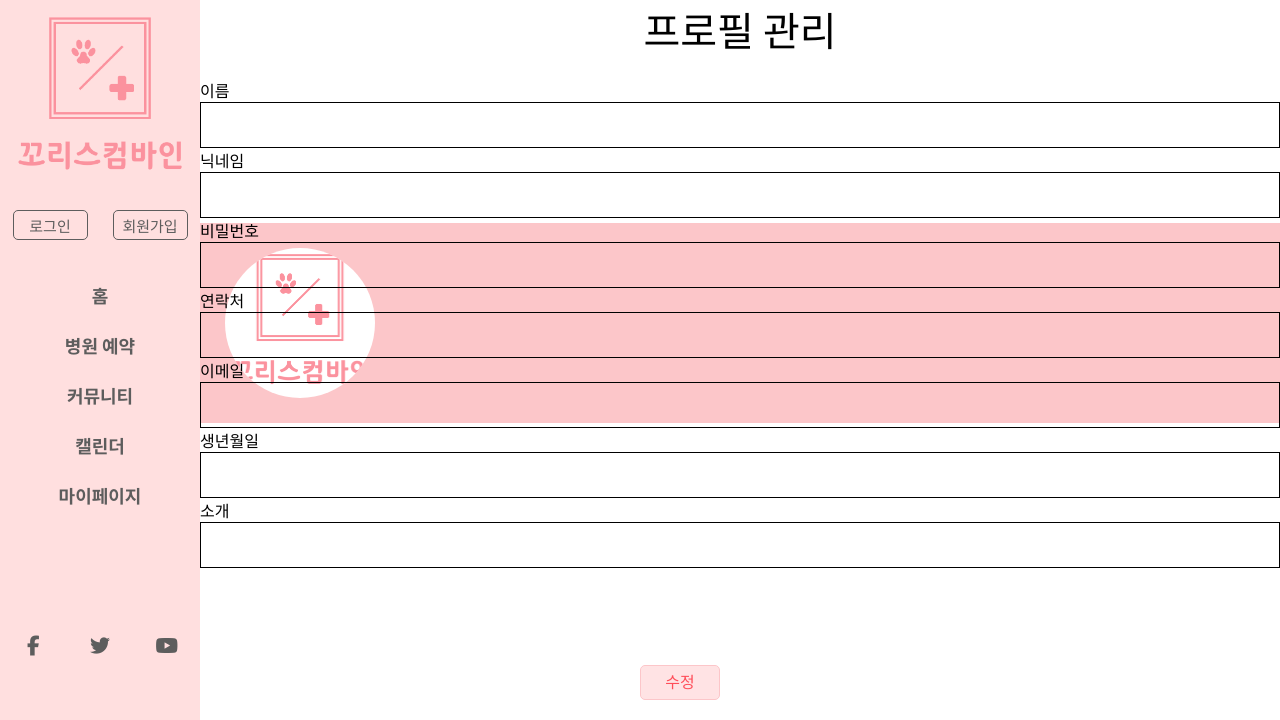
Repository: dodnam/kkoris
Page: http://localhost/1_kkoris/reservation2.jsp
An editor plug-in stored every save of this project. The page is shown before and after the next save, followed by the edit.
The browser window is 1280 px wide. The pictures show the whole page.
Some web libraries are served in a nearby version. The page is served by Tomcat 9.

Above is the page before, as saved 2020-02-17 15:15:47.

### 1_kkoris/WebContent/reservation2.jsp
<%@ page language="java" contentType="text/html; charset=UTF-8"
    pageEncoding="UTF-8"%>
<!DOCTYPE html>
<html>
<head>
<meta charset="UTF-8">
<title>Insert title here</title>
<link rel="stylesheet" type="text/css" href="<%= request.getContextPath() %>/css/index.css"/>
<link rel="stylesheet" type="text/css" href="<%= request.getContextPath() %>/css/layout.css"/>
<style>
	.box_con{padding:25px; height:200px; background-color:#fcc6c9; position:absolute; right:0;left:0;top:0;bottom:0; margin:auto;}
	.box{width: 150px; height:150px; border-radius:70%; overflow:hidden; background-color:#fff;top:20px;text-align:center;}
	.profile{width: 100%; height:100%; object-fit:cover; display:block; margin:0px auto;}
	.userTitle{font-size:40px; text-align:center; top:30px;}
	.submit{line-height: 30px; text-align: center; background-color: #ffe3e4; color:#ff4e59;border: 1px solid #fcc6c9; border-radius: 5px; width: 80px; height: 35px;  position: fixed;left:50%;bottom:20px; outline:none;}

</style>
</head>
<body>
	<%@ include file="views/layout.jsp" %>
	<div class="container">
    	<div class="userTitle">
			프로필 관리
    	</div>

    	<div class="input-container">
    		<div class="box_con">
	    		<div class="box">
	    			<img class="profile" src="<%= request.getContextPath() %>/images/logo.png">
	    		</div>
    		</div>

				<div class="input-box">
					<p class="input-label">이름</p><input type="text">
	    			<p class="input-label">닉네임</p><input type="text">
	    			<p class="input-label">비밀번호</p><input type="password">
	    			<p class="input-label">연락처</p><input type="text">
	    			<p class="input-label">이메일</p><input type="email">
	    			<p class="input-label">생년월일</p><input type="text">
	    			<p class="input-label">소개</p><input type="text">
	    		</div>
    	</div>

    	<div class="">
    		<div class="submit">수정</div>
    	</div>
	</div>
</body>
</html>

### 1_kkoris/WebContent/views/layout.jsp
<%@ page language="java" contentType="text/html; charset=UTF-8"
    pageEncoding="UTF-8"%>
<!DOCTYPE html>
<html>
<head>
<meta charset="UTF-8">
<title>Insert title here</title>
<link href="https://fonts.googleapis.com/css?family=Noto+Sans+KR&display=swap" rel="stylesheet">
<script src="https://kit.fontawesome.com/18fd811fa1.js" crossorigin="anonymous"></script> <!-- sns아이콘 -->
<link rel="stylesheet" type="text/css" href="<%= request.getContextPath() %>/css/layout.css"/> <!-- 작성할 css를 연결 -->
</head>
<body>
	<header><!-- 헤더 -->
		<h1 class="logo"></h1>
		<nav>
      		<div class="login">
	        	<div><a href="#">로그인</a></div>
	        	<div><a href="#">회원가입</a></div>
	      	</div>
	      	<ul id="navigator">
	        	<li id="nav-home">
	         		<a href="#"><span>홈</span></a>
	         	</li>
	         	<li id="nav-hospital">
	         		<span>병원 예약</span>
         			<ul class="nav2-hospital" id="nav2-hospital">
         				<li><a href="#">병원 검색</a></li>
	         			<li><a href="#">예약 확인</a></li>
	         			<li><a href="#">병원 후기</a></li>
         			</ul>
	         	</li>
	         	<li id="nav-community">
	         		<span>커뮤니티</span>
         			<ul class="nav2-community" id="nav2-community">
	         			<li><a href="#">공지사항</a></li>
	         			<li><a href="#">후기 모아보기</a></li>
	         			<li><a href="#">지식 공유</a></li>
         			</ul>
	         	</li>
	         	<li id="nav-calendar">
	         		<a href="#"><span>캘린더</span></a>
	         	</li>
	         	<li id="nav-mypage">
	         		<span>마이페이지</span>
	         		<ul class="nav2-mypage" id="nav2-mypage">
		         		<li><a href="#">내 정보</a></li>
		         		<li><a href="#">예약 조회</a></li>
		         		<li><a href="#">포인트샵</a></li>
		         		<li><a href="#">내가 쓴 글 조회</a></li>
	         		</ul>
	         	</li>
	      	</ul>
		<dl>
	    	<dt class="blind">sns</dt>
	        <dd><a href="#"><i class="fab fa-facebook-f"></i></a></dd>
	        <dd><a href="#"><i class="fab fa-twitter"></i></a></dd>
	        <dd><a href="#"><i class="fab fa-youtube"></i></a></dd>
		</dl>
		</nav>
	</header>
	<footer></footer>
</body>
</html>

### 1_kkoris/WebContent/css/index.css
@charset "UTF-8";
/* 컨테이너 */
div.container{position: absolute; top:0; left:0; padding-left:200px; height:100%; width:100%; box-sizing:border-box;}
/* 섹션이 현재 1개이기 때문에 100% 2개면 200%, 3개면 300% */
/* 참고	section:nth-of-type(1) {section 중 첫번째 section에 접근} */
section.main {position:relative; height:100%; width:100%; background: url(../images/main-bg.jpg) no-repeat center center; background-size: contain;}
section.main > article.quickMenu > ul {position: absolute; top:calc(50% - 50px); left:calc(50% - 25%); width: 50%; height: 100px; display: flex;}
section.main > article.quickMenu {position: relative; width: 100%; height: 100%; background: rgba(0, 0, 0, 0.2);}
section.main > article.quickMenu > ul > li {width: 25%; height:100px;}
section.main > article.quickMenu > ul > li > a {color: #5d5d5d; display:block; font-size: 5em; text-align:center;}
section.main > article.quickMenu > ul > li > a > span {display: block; font-size: 15px;}
section.main > article.quickMenu > ul > li > a:hover {color: #fb929e;}

### 1_kkoris/WebContent/css/layout.css
@charset "UTF-8";
* {margin: 0; padding: 0; font-family: 'Noto Sans KR', sans-serif;}
*, *:before, *:after {box-sizing: border-box;}
html, body {width: 100%; height: 100%;}
table{border-collapse: collapse;}
img,fieldset{border: none;}
ol,ul{list-style: none;}
h1,h2,h3,h4,h5,h6{font-weight: normal; font-size: 100%;}
q:after,q:before{content: "";}
abbr,acronym{border:none;} /* 축약어 */
img,input,select{vertical-align: middle;}
hr{display: none;}
a {text-decoration: none; color: #000;}
header {position: fixed; width: 200px; height: 100%; background: #ffdfdf; z-index: 30;}
input{outline: none; background: none;}
.blind{position: absolute;left: 0;top: 0;width: 0;height: 0;font-size: 0;line-height: 0;text-indent: -9999px;overflow: hidden;visibility: hidden;}
.displaynone{display: none;}

/* input타입 1 (커서유입에 따른 스타일 변화)
	<div class="input-container"><label class="input-label">아이디</label><input type=""></div>
*/
div.input-container {position: relative; display: block; margin: 20px 0;}
div.input-container > input {width: 100%; height: 40px; line-height: 40px; font-size: 16px; border: none; border-bottom: 1px solid #5d5d5d;}
div.input-container.focus > input:focus {border-bottom: 1px solid #fb929e;}
label.input-label {position: absolute; font-size: 16px; transform: translateY(10px); color: #5d5d5d; transition: transform 0.2s ease; z-index: -1;}
div.input-container.focus > label.input-label {font-size: 12px; transform: translateY(-5px); text-transform: uppercase;}
div.input-container.focus.on > label.input-label {color: #fb929e;}

/* input타입 2 (박스형)
	<div class="input-box"><p class="input-label">라벨명</p><input type=""></div>
*/
div.input-box {position: relative; display: block; margin: 20px 0;}
div.input-box > input {width: 100%; padding: 10px; font-size: 16px; border: 1px solid #000;}
p.input-label {font-size: 16px; color: #000;}
p.input-info {font-size: 14px; color: #5d5d5d;}

/* input radio
	<input type="radio" name="test"><label class="radioLabel">라벨명1</label>
	<input type="radio" name="test"><label class="radioLabel">라벨명2</label>
*/
input[type=radio] {display: none;}
label.radioLabel {display: inline-block; position: relative; padding: 0 30px; cursor: pointer; line-height: 18px;}
label.radioLabel:before, label.radioLabel:after {position: absolute; border-radius: 50%; content: '';}
label.radioLabel:before {left: 0; top: 0; width: 18px; height: 18px; border: 2px solid #000;}
label.radioLabel:after {top: 5px; left: 5px; width: 8px; height: 8px; background: #fb929e; transform: scale(0);}
input[type="radio"]:checked + label.radioLabel:before {border-color: #fb929e; }
input[type="radio"]:checked + label.radioLabel:after {transform: scale(1);}

/* input submit
	<form>에서 submit되는 버튼을 위한 css (단, 검색 등의 다른 버튼은 blue베이스 스타일로 사용)
*/
div.input-submit {display: block; text-align: center; padding: 15px;}
input[type="submit"] {min-width: 50px; height: 30px; cursor: pointer; background: #ffdfdf; color: #5d5d5d; font-size: 14px; font-weight: 600; border: none; border-radius: 5px;}
input[type="submit"]:hover {background: #fb929e; color: #fff;}

/* select 옵션  */
div > select {font-size: 10pt; width: 100px; padding: .7em .5em; font-family: inherit; background: url(https://farm1.staticflickr.com/379/19928272501_4ef877c265_t.jpg) no-repeat 95% 50%; -webkit-appearance: none; -moz-appearance: none; appearance: none; outline:none; border:1px solid #5d5d5d;}

/* input 검색 (class="search_input") */
div > span > input.search_input{width: 250px;  padding: 12px 24px; font-size: 14px; line-height: 18px; color: #575756; background-size: 18px 18px; border-radius: 50px; border: 1px solid #5d5d5d; backface-visibility: hidden; right:20px; outline:none;}


/* 영역
	<div class="container">		// 아래css 외에 특정 스타일을 주어야할 때, 클래스를 추가로 부여하여 사용했음 (ex. class="container login")
		<div class="contents">
			구현 영역
		</div>
	</div>
*/
div.container {position: absolute; top:0; left:0; padding-left:200px; width: 100%; height: 100%; margin: 0 auto; box-sizing: border-box;}
div.contents {position:relative; margin: 0 auto;}
div.contents > h2 {font-weight: 700; font-size: 30px; color: #000; padding: 15px 0; text-align: center;}


/** 헤더 **/
h1.logo {
	text-indent: -9999px; overflow: hidden; width: 180px; height: 180px;
	margin: 10px auto; /* auto는 중앙에 놓음 */
	background: url(../images/logo.png) no-repeat; background-size: contain; /*contain = h1 사이즈에 맞춤*/
}
nav > div.login {display: flex; justify-content:space-around; font-size: 15px;}
				/*블락요소로 가로 정렬 함*/
nav > div.login > div {width: 75px; height: 30px;} /* 위 아래 마진, 좌 우 마진*/
nav > div.login > div > a {display: block; width: 100%; height: 100%; line-height: 30px; text-align: center; border: 1px solid #5d5d5d; border-radius: 5px;}
nav > div.login > div > a:hover {color: #fb929e; border: none; background: #fff6f6; font-weight: 600}

/* 메뉴 */
nav {margin-top: 20px;}
nav * {color: #5d5d5d;}
nav > ul {margin-top: 30px; text-align: center;}
nav > ul > li {width: 100%;}
nav > ul > li:hover {background: #fff6f6;}
nav > ul > li span {display:block; width: 100%; height: 100%; line-height: 50px; font-size: 18px; font-weight: 600; border-radius: 10px; cursor: pointer;}
nav > ul > li span:hover {color: #fb929e;}

nav > ul > li > ul[class^=nav2] {display: none;}
nav > ul > li > ul[class^=nav2] > li > a {display: block; line-height: 40px; font-size: 16px;}
nav > ul > li > ul[class^=nav2] > li > a:hover {color: #fb929e; font-weight: 600;}

nav > ul > li:hover > ul[class^=nav2] {display: block;}

/* sns */
nav > dl {position:absolute; bottom:50px; width:100%; height:50px; display:flex; justify-content:space-around;}
nav > dl > dd {width:50px; text-align:center;}
nav > dl > dd > a {display: block; width: 100%; height:100%; font-size:20px; line-height:50px; transition:all 0.2s ease 0s;}
nav > dl > dd > a:hover {font-size:25px;}

footer {position: fixed; bottom: 10px;}

After the next save:
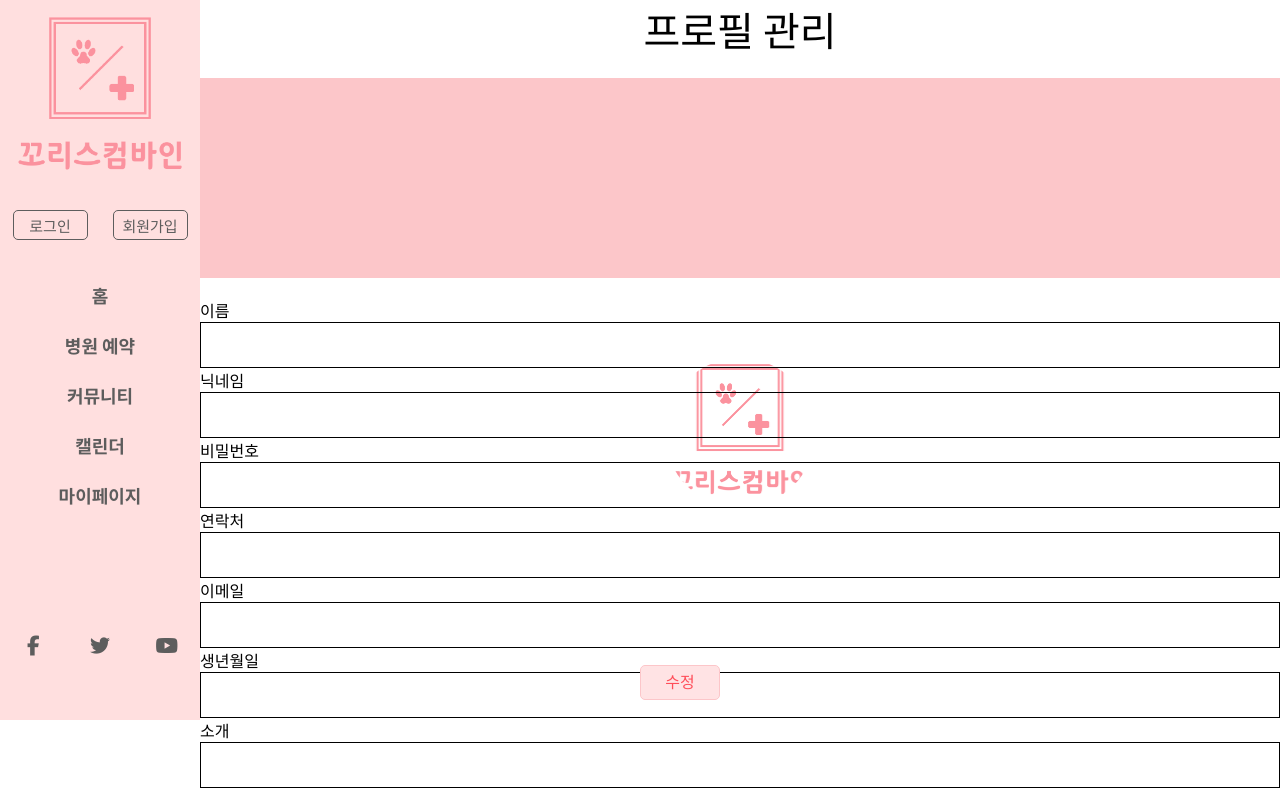
Saved 62 s later.
--- a/1_kkoris/WebContent/reservation2.jsp
+++ b/1_kkoris/WebContent/reservation2.jsp
@@ -8,8 +8,8 @@
 <link rel="stylesheet" type="text/css" href="<%= request.getContextPath() %>/css/index.css"/>
 <link rel="stylesheet" type="text/css" href="<%= request.getContextPath() %>/css/layout.css"/>
 <style>
-	.box_con{padding:25px; height:200px; background-color:#fcc6c9; position:absolute; right:0;left:0;top:0;bottom:0; margin:auto;}
-	.box{width: 150px; height:150px; border-radius:70%; overflow:hidden; background-color:#fff;top:20px;text-align:center;}
+	.box_con{padding:25px; height:200px; background-color:#fcc6c9;}
+	.box{width: 150px; height:150px; border-radius:70%; overflow:hidden; background-color:#fff;top:20px; position:absolute; right:0;left:0;top:0;bottom:0; margin:auto;}
 	.profile{width: 100%; height:100%; object-fit:cover; display:block; margin:0px auto;}
 	.userTitle{font-size:40px; text-align:center; top:30px;}
 	.submit{line-height: 30px; text-align: center; background-color: #ffe3e4; color:#ff4e59;border: 1px solid #fcc6c9; border-radius: 5px; width: 80px; height: 35px;  position: fixed;left:50%;bottom:20px; outline:none;}
